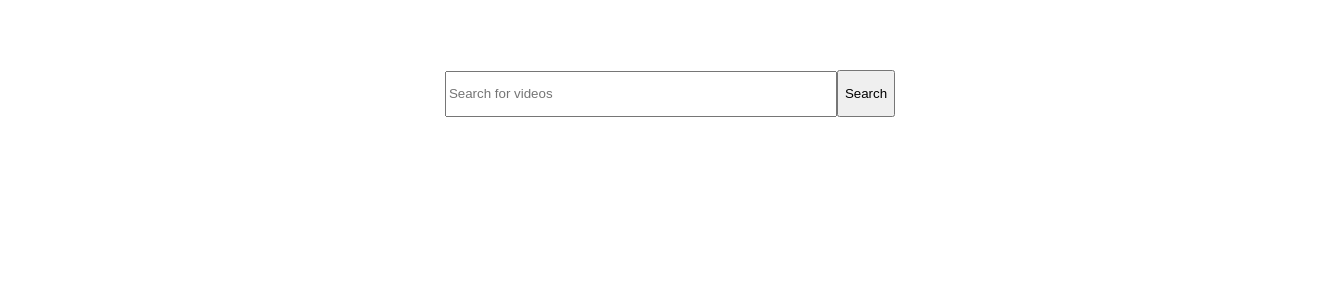
Repository: TeoVti/YouTube-Api-ReactJs
Page: /
An editor plug-in stored every save of this project. The page is shown before and after the next save, followed by the edit.
The browser window is 1280 px wide. The page is 1340 px wide, so the pictures cover 1340 px, including what lies to the right of the window. The pictures show the whole page.
The page's requests for data from a server got no answer. The project was rebuilt for these pictures with package versions that can differ from the ones it lists, and the page was loaded fresh each time. No one was signed in, and anything a server would have sent is missing. Also part of the build but not shown: src/components/style/video.css, src/components/VideoItem.js.

Above is the page before, as saved 2020-02-19 17:08:53.

### src/App.js
import React from "react";
import SearchBar from "./components/Searchbar";
import youtube from "./configs/youtube";
import VideoList from "./components/VideoList";
import VideoDetail from "./components/VideoDetail";
import "./App.css";

class App extends React.Component {
  state = {
    videos: [],
    selectedVideo: null
  };

  componentDidMount() {
    this.handleSubmit("dogs are funny");
  }

  handleSubmit = async termFromSearchBar => {
    const response = await youtube.get("/search", {
      params: {
        q: termFromSearchBar
      }
    });
    this.setState({
      videos: response.data.items,
      selectedVideo: response.data.items[0]
    });
  };
  handleVideoSelect = video => {
    this.setState({ selectedVideo: video });
  };

  render() {
    return (
      <div>
        <SearchBar handleFormSubmit={this.handleSubmit} />
        <div>
          <div className="ui-row">
            <div>
              <VideoDetail video={this.state.selectedVideo} />
            </div>
            <div className="five-wide-column">
              <VideoList
                handleVideoSelect={this.handleVideoSelect}
                videos={this.state.videos}
              />
            </div>
          </div>
        </div>
      </div>
    );
  }
}

export default App;

### src/components/Searchbar.js
import React from "react";
import "./sch.css";

class Searchbar extends React.Component {
  state = {
    term: ""
  };
  handleChange = event => {
    this.setState({
      term: event.target.value
    });
  };
  handleSubmit = event => {
    event.preventDefault();
    this.props.handleFormSubmit(this.state.term);
    this.setState({
      term: ""
    });
  };

  render() {
    return (
      <div className="search-bar ui segment">
        <form onSubmit={this.handleSubmit} className="ui form">
          <div className="field">
            <input
              className="input-text"
              onChange={this.handleChange}
              placeholder="Search for videos"
              name="video-search"
              type="text"
              value={this.state.term}
            />
            <button className="bttn">Search</button>
          </div>
        </form>
      </div>
    );
  }
}
export default Searchbar;

### src/configs/youtube.js
import axios from "axios";

const KEY = "AIzaSyCFwpTCqXDzUp13iRZD-Z6T1JPw_C42iAQ";

export default axios.create({
  baseURL: "https://www.googleapis.com/youtube/v3",
  params: {
    part: "snippet",
    maxResults: 5,
    key: KEY
  }
});

### src/components/VideoList.js
import React from "react";
import VideoItem from "./VideoItem";

const VideoList = ({ videos, handleVideoSelect }) => {
  const renderedVideos = videos.map(video => {
    return (
      <VideoItem
        key={video.id.videoId}
        video={video}
        handleVideoSelect={handleVideoSelect}
      />
    );
    console.log(video.id);
  });

  return <div>{renderedVideos}</div>;
};
export default VideoList;

### src/components/VideoDetail.js
import React from "react";
import "./sch.css";

const VideoDetail = ({ video }) => {
  if (!video) {
    return <div></div>;
  }

  const videoSrc = `https://www.youtube.com/embed/${video.id.videoId}`;
  console.log(typeof video);
  return (
    <div>
      <div className="ui-embed">
        <iframe src={videoSrc} allowFullScreen title="Video player" />
      </div>
      <div className="ui-segment">
        <h4>{video.snippet.title}</h4>
        <p>{video.snippet.description}</p>
      </div>
    </div>
  );
};

export default VideoDetail;

### src/App.css
.ui-row {
  display: flex;
}

.five-wide-column {
  margin-right: 10px;
   /*margin-left: -80px;*/
}

### src/components/sch.css
.search-bar {
  text-align: center;
  width: 100%;
  padding: 30px;
  margin: 40px auto;
  background: #fff;
  border-radius: 10px;
}

.input-text {
	width: 30%;
	height: 40px;
}

.bttn {
	height: 47px;
}

Loaded but not shown: public/index.html (common file); src/index.js (common file); src/index.css (common file); src/serviceWorker.js (common file)

After the next save:
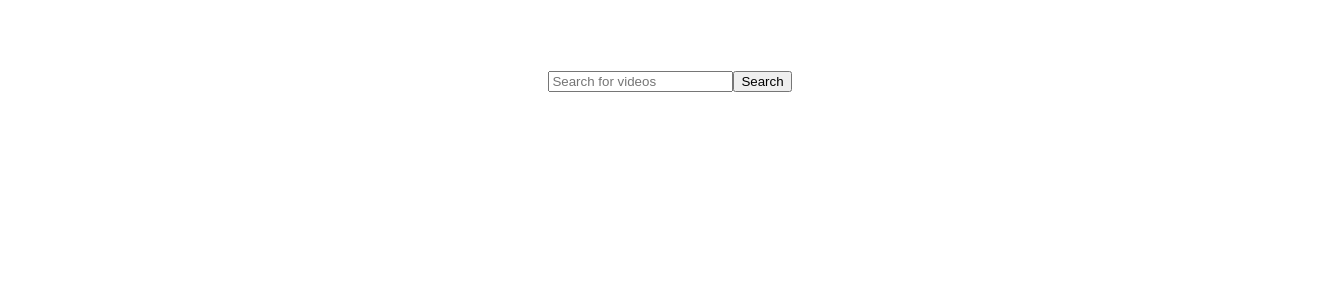
Saved 86 s later.
--- a/src/components/sch.css
+++ b/src/components/sch.css
@@ -6,12 +6,3 @@
   background: #fff;
   border-radius: 10px;
 }
-
-.input-text {
-	width: 30%;
-	height: 40px;
-}
-
-.bttn {
-	height: 47px;
-}

After the save that followed:
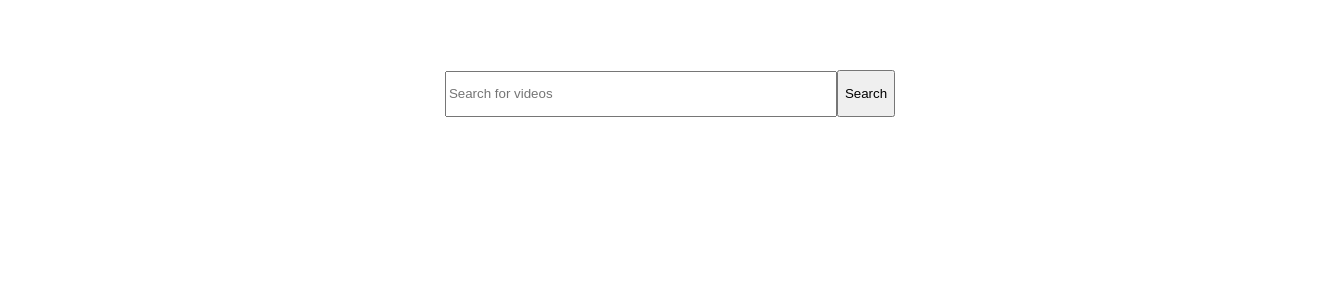
Saved 8 s later.
--- a/src/components/sch.css
+++ b/src/components/sch.css
@@ -6,3 +6,12 @@
   background: #fff;
   border-radius: 10px;
 }
+
+.input-text {
+	width: 30%;
+	height: 40px;
+}
+
+.bttn {
+	height: 47px;
+}
